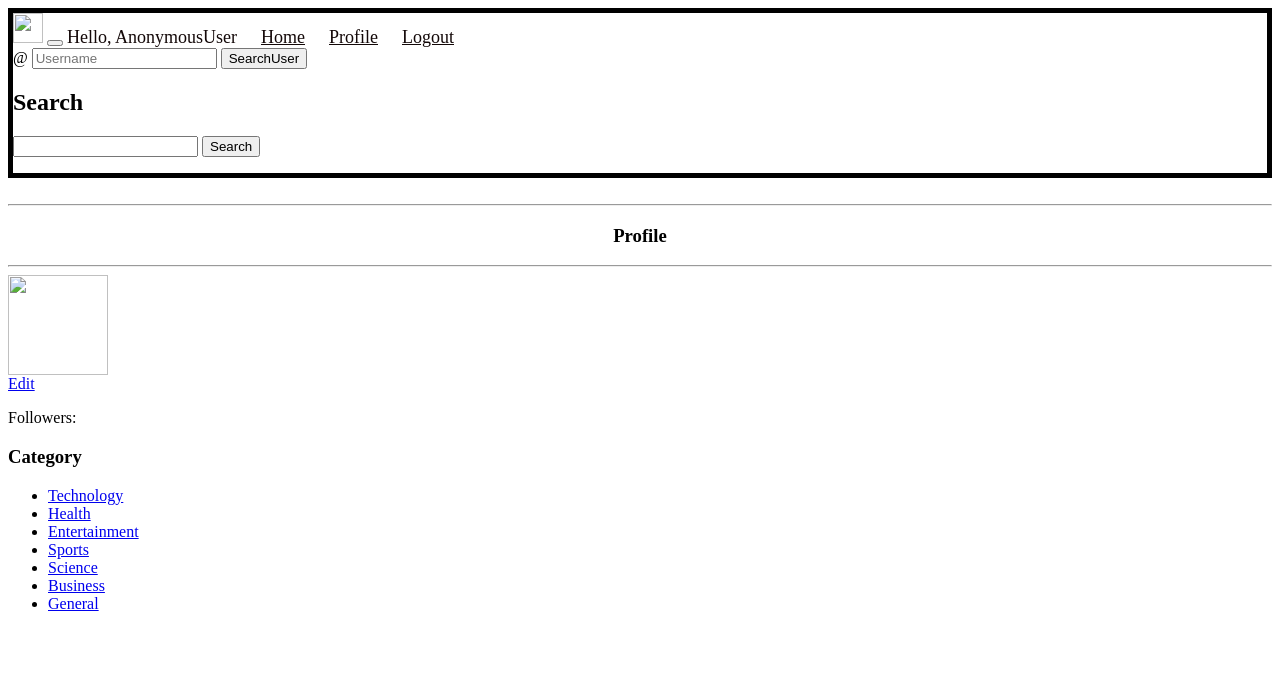
Repository: aayushshah094/django-newsletter-website-app
Page: news_api/templates/accounts/profile.html
These files come from the project's save history. The page is drawn as it stood at one moment and after the next save; the edit follows.
The browser window is 1280 px wide. The pictures show the whole page.
The template is drawn by Django 3.2. The application's start-up code is not run. Other server files are loaded and not shown. The template is opened directly, without the code that normally fills it, so the values that code supplies are empty.

Above is the page before, as saved 2021-12-01 15:25:02.

### news_api/templates/accounts/profile.html
{% load static %}
<style>
	.hello-msg{
	  font-size: 18px;
	  color: rgb(19, 8, 8);
	  margin-right: 20px;
	}
  </style>

<style>
	.navbar{
	  border: 5px solid black;
	}
  </style>

<nav class="navbar navbar-expand-lg navbar-dark bg-dark">
    <img src="{{request.user.profile.profile_pic.url}}" height= 30, width = 30>
	<button class="navbar-toggler" type="button" data-toggle="collapse" data-target="#navbarNav"
	 aria-controls="navbarNav" aria-expanded="false" aria-label="Toggle navigation">
	  <span class="navbar-toggler-icon"></span>
	</button>


	<span class="hello-msg">Hello, {{request.user}}</span>
	<span> <a  class="hello-msg" href="{% url 'home' %}">Home</a></span>
	<span> <a  class="hello-msg" href="{% url 'profile' user.profile.pk %}">Profile</a></span>
	<span ><a  class="hello-msg" href="{% url 'logout' %}" >Logout</a></span>

	<form class="d-flex" method="GET" action="{% url 'profile-search' %}">
		<div class="input-group">
		  <span class="input-group-text" id="basic-addon1">@</span>
		  <input type="text" class="form-control" placeholder="Username" aria-label="Username" aria-describedby="basic-addon1" name="query" value="{{ request.GET.query }}">
		  <button type="submit" value="Search"> SearchUser</button>
		</div>
	</form>

	<h2>Search</h2>

    <form action="" method="get">
        <input type="text" name="keyword">
        <button type="submit" value="Search">Search </button>
    </form>

</nav>


<style>
	.profile-pic{
		max-width: 200px;
		max-height:200px;
		margin: 0 auto;
		border-radius: 50%;
	}
</style>

<br>
<div class="row">
	<div class="col-md-3">
		<div class="card card-body">
			<hr>
			<h3 style="text-align: center">Profile</h3>
			<hr>
		</div>
	</div>
	<div class="row justify-content-center mt-5">
        <div class="card shadow-sm col-md-8 col-sm-12 border-bottom px-5 pt-3">
            <img src="{{request.user.profile.profile_pic.url}}" class="rounded-circle" width="100" height="100" />
            {% if user.profile.user %}
            <p>Username:{{ user.profile.user }}</p>
            {% endif %}
			{% if user.profile.name %}
            <p>Name:{{ user.profile.name }}</p>
            {% endif %}
			{% if request.user.profile == user.profile %}
			{% if user.profile.email %}
            <p>email:{{ user.profile.email }}</p>
            {% endif %}
			{% endif %}
        </div>
		{% if request.user.profile == user.profile %}
		<span ><a  class="edit" href="{% url 'profile-edit' user.profile.pk %}" >Edit</a></span>
		{% endif %}
    </div>
	<div>
		<p>Followers: {{ number_of_followers }}</p>
		{% if user.profile == request.user.profile %}
		{% else %}
		{% if is_following %}
		<form method="POST" action="{% url 'remove-follower' user.profile.pk %}">
			{% csrf_token %}
			<button class="btn btn-outline-danger" type="submit">Unfollow</button>
		</form>
		{% else %}
		<form method="POST" action="{% url 'add-follower' user.profile.pk %}">
			{% csrf_token %}
			<button class="btn btn-outline-success" type="submit">Follow</button>
		</form>
		{% endif %}
		{% endif %}
	</div>

	<div class="col-md-9">
		<h3><b>Category</b></h3>
		<ul class="list-group">
			<li class="list-group-item"><a class="btn btn-primary" href="{% url 'technology' %}?category=technology">Technology</a></li>
			<li class="list-group-item"><a class="btn btn-primary" href="{% url 'health' %}?category=health">Health</a></li>
			<li class="list-group-item"><a class="btn btn-primary" href="{% url 'entertainment' %}?category=Entertainment">Entertainment</a></li>
			<li class="list-group-item"><a class="btn btn-primary" href="{% url 'sports' %}?category=Sports">Sports</a></li>
			<li class="list-group-item"><a class="btn btn-primary" href="{% url 'science' %}?category=Science">Science</a></li>
			<li class="list-group-item"><a class="btn btn-primary" href="{% url 'business' %}?category=Business">Business</a></li>
			<li class="list-group-item"><a class="btn btn-primary" href="{% url 'general' %}?category=General">General</a></li>

		</ul>
	</div>
</div>

After the next save:
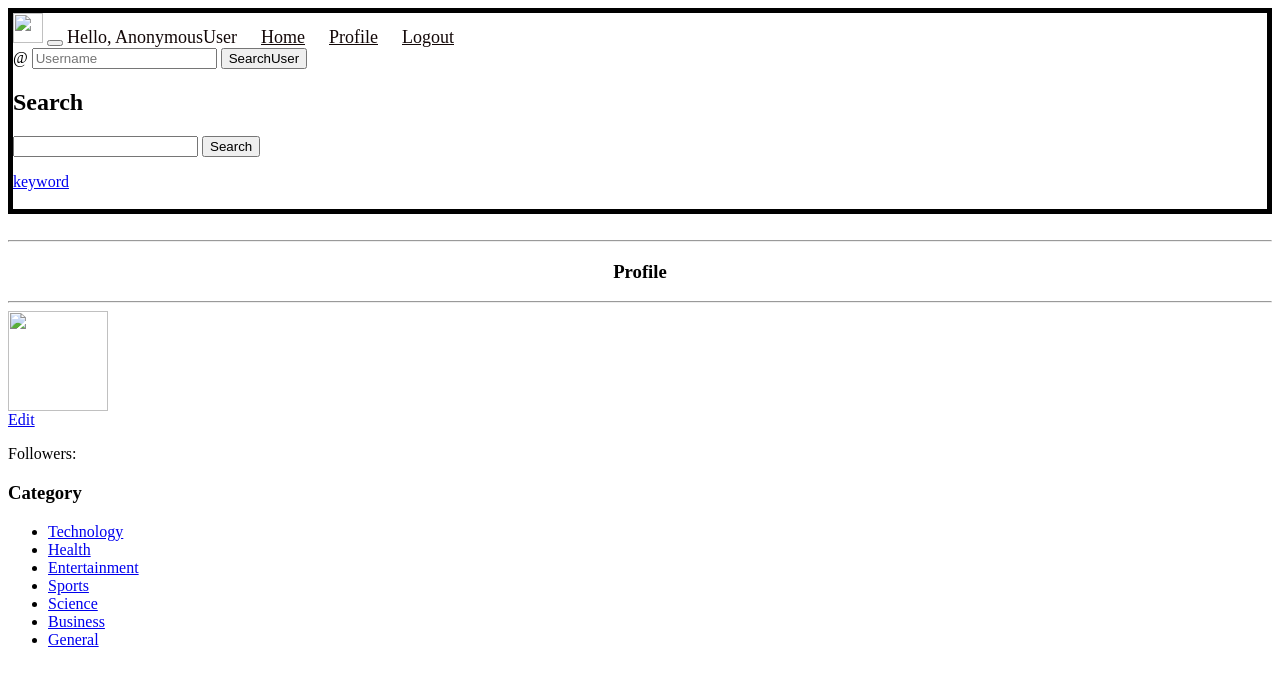
Saved 109 s later.
--- a/news_api/templates/accounts/profile.html
+++ b/news_api/templates/accounts/profile.html
@@ -35,11 +35,24 @@
 	</form>
 
 	<h2>Search</h2>
+	<script type = "text/javascript">
+		function searchInput(form)
+		{
+		var input = document.forms.search.keyword.value;
+		document.getElementById('Info').innerHTML="You Searched: " + input;
+		return;
+		}
+	</script>
 
-    <form action="" method="get">
-        <input type="text" name="keyword">
-        <button type="submit" value="Search">Search </button>
-    </form>
+	<form name= "search" action="" method="get" onsubmit='return searchInput(this);'>
+		<input type="text" name="keyword" >
+		<button type="submit" value="Search">Search </button>
+	</form>
+	<div id='Info'></div></body>
+
+	<span><a href="{% url 'keyword' %}">keyword</a></span>
+	<br>
+	<br>
 
 </nav>
 
